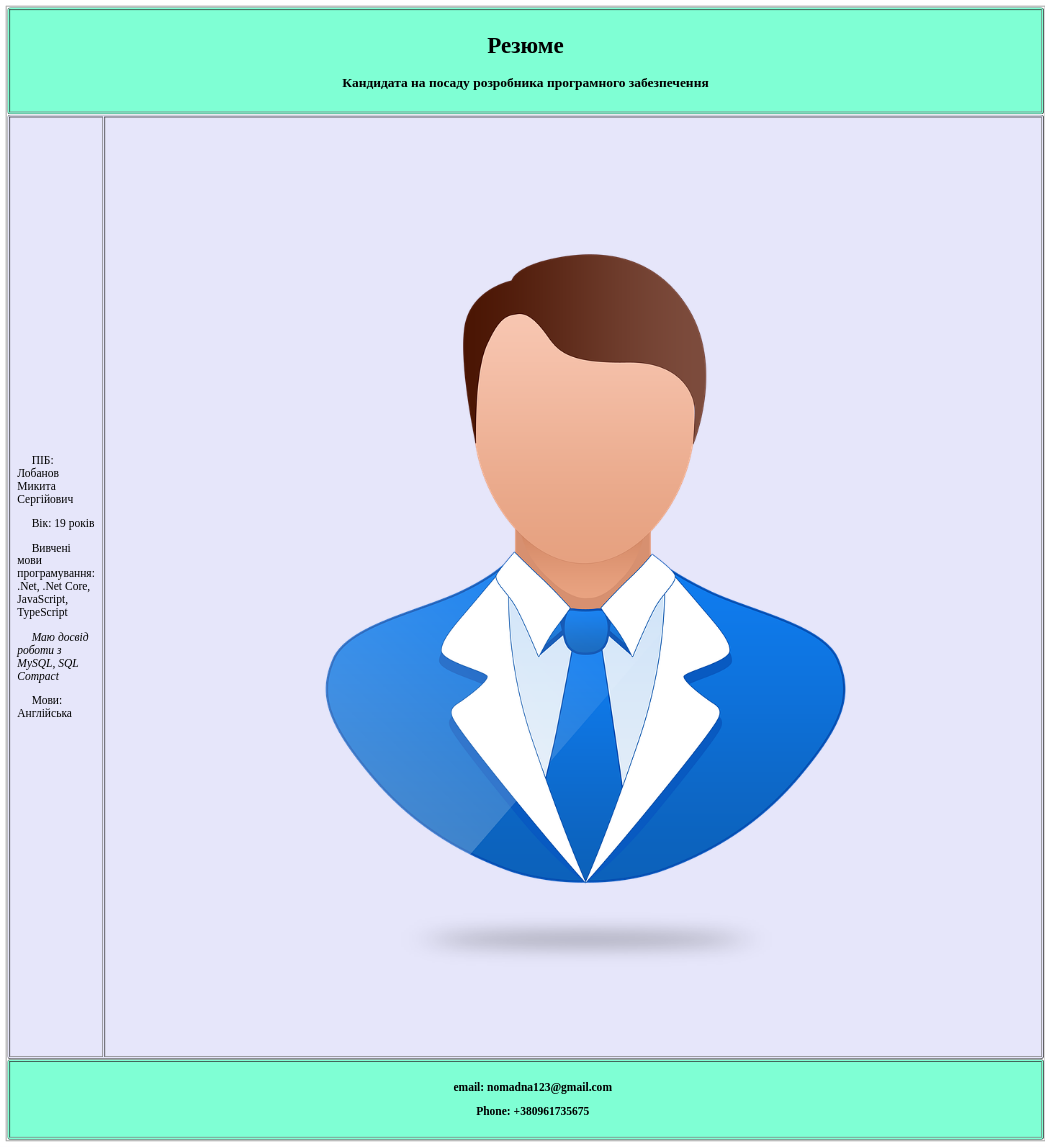
Repository: sMoonBeam/Labs
Page: AboutAuthor/WebContent/about.html
The author's editor kept a copy of each file at every save. The page is drawn from the files as they stood at one save, then again after the next save.
The browser window is 1280 px wide. The page is 1452 px wide, then 1280 px, so the pictures cover 1452 px, including what lies to the right of the window. The pictures show the whole page, at 72% of full size.

Above is the page before, as saved 2019-10-16 20:07:39.

After the next save:
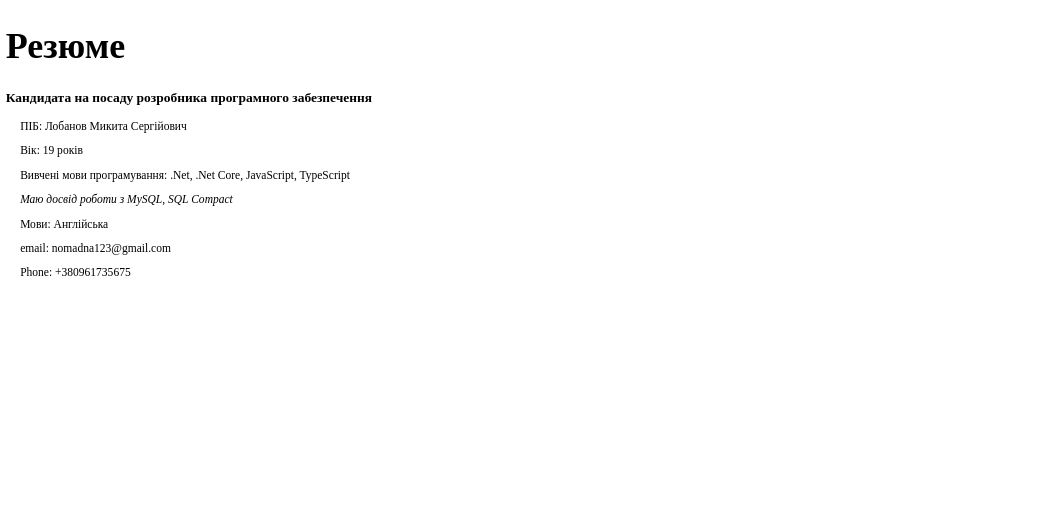
Saved 2 min 15 s later.
--- a/AboutAuthor/WebContent/about.html
+++ b/AboutAuthor/WebContent/about.html
@@ -5,46 +5,17 @@
 		<title>Название сайта</title>
 	</head>
 	<body>
-		<table border="1" align="center" rules="rows" style="width:60%;">
-			<tr>
-				<td>
+	<div>
+		<h1 style="font-size:50px">Резюме</h1>
+		<h3>Кандидата на посаду розробника програмного забезпечення</h3>
+	</div>
+		<p style="text-indent:20px">ПIБ: Лобанов Микита Сергійович</p>
+		<p style="text-indent:20px">Вiк: 19 рокiв</p>
+		<p style="text-indent:20px">Вивченi мови програмування: .Net, .Net Core, JavaScript, TypeScript</p>
+		<i><p style="text-indent:20px">Маю досвiд роботи з MySQL, SQL Compact</p></i>
+		<p style="text-indent:20px">Мови: Англiйська</p>
 
-					<table border="1" bgcolor="#7FFFD4" cellpadding="10" style="width:100%; border-radius:5px;">
-						<tr>
-							<th>
-								<h1>Резюме</h1>
-								<h3>Кандидата на посаду розробника програмного забезпечення</h3>
-							</th>
-						</tr>
-					</table>
-
-
-					<table border="1" bgcolor="#e6e6fa" cellpadding="10" style="width:100%; border-radius:5px;">
-						<tr>
-							<td rowspan="2" style="width:80%">
-								<p style="text-indent:20px">ПIБ: Лобанов Микита Сергійович</p>
-								<p style="text-indent:20px">Вiк: 19 рокiв</p>
-								<p style="text-indent:20px">Вивченi мови програмування: .Net, .Net Core, JavaScript, TypeScript</p>
-								<i><p style="text-indent:20px">Маю досвiд роботи з MySQL, SQL Compact</p></i>
-								<p style="text-indent:20px">Мови: Англiйська</p>
-							</td>
-
-							<td bgcolor="#e6e6fa">
-								<img src="photo.png">
-							</td>
-						</tr>
-					</table>
-
-					<table border="1" bgcolor="#7FFFD4" height="100" cellpadding="10" style="width:100%; border-radius:5px;">
-						<tr>
-							<th>
-								<p style="text-indent:20px">email: nomadna123@gmail.com</p>
-								<p style="text-indent:20px">Phone: +380961735675</p>
-							</th>
-						</tr>
-					</table>
-				</td>
-			</tr>
-		</table>
+		<p style="text-indent:20px">email: nomadna123@gmail.com</p>
+		<p style="text-indent:20px">Phone: +380961735675</p>
 	</body>
 </html>
